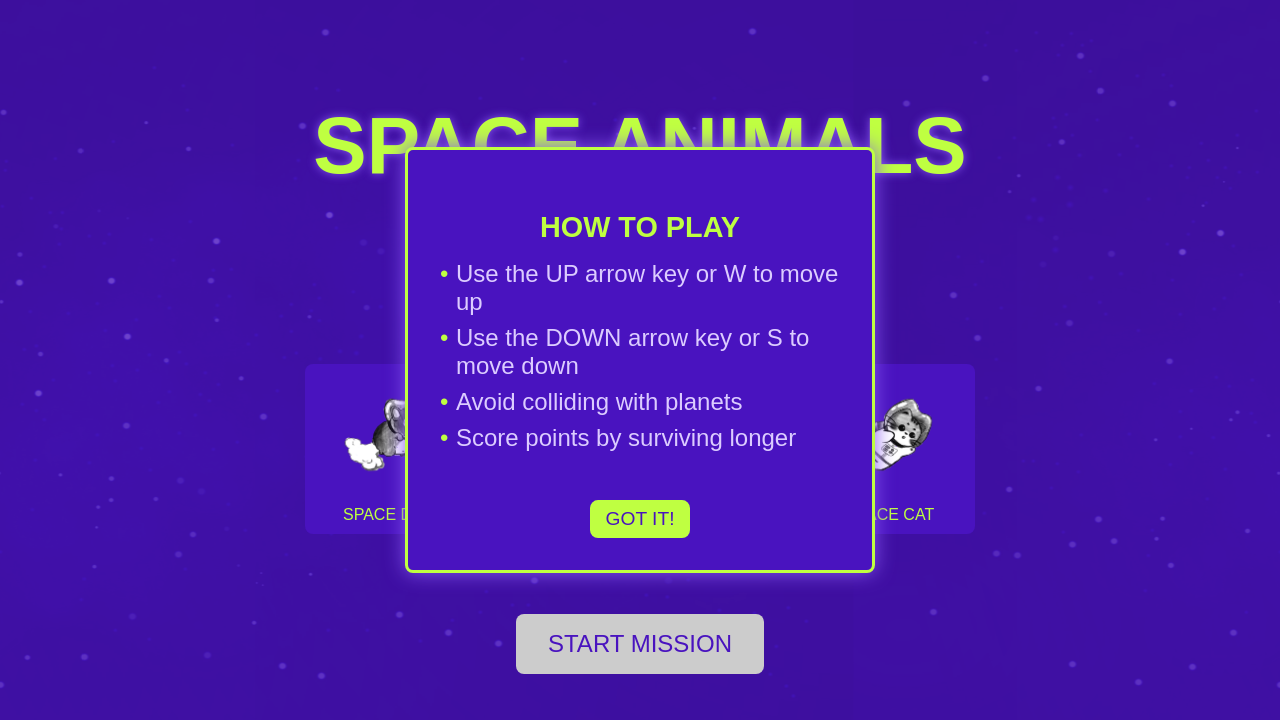
Repository: brunaguarizo/SpaceFarm
Page: index.html
The author's editor kept a copy of each file at every save. The page is drawn from the files as they stood at one save, then again after the next save.
The browser window is 1280 px wide. The pictures show the whole page.
Some web fonts or font styles are not loaded; a fallback is used.

Above is the page before, as saved 2025-04-27 16:22:27.

After the next save:
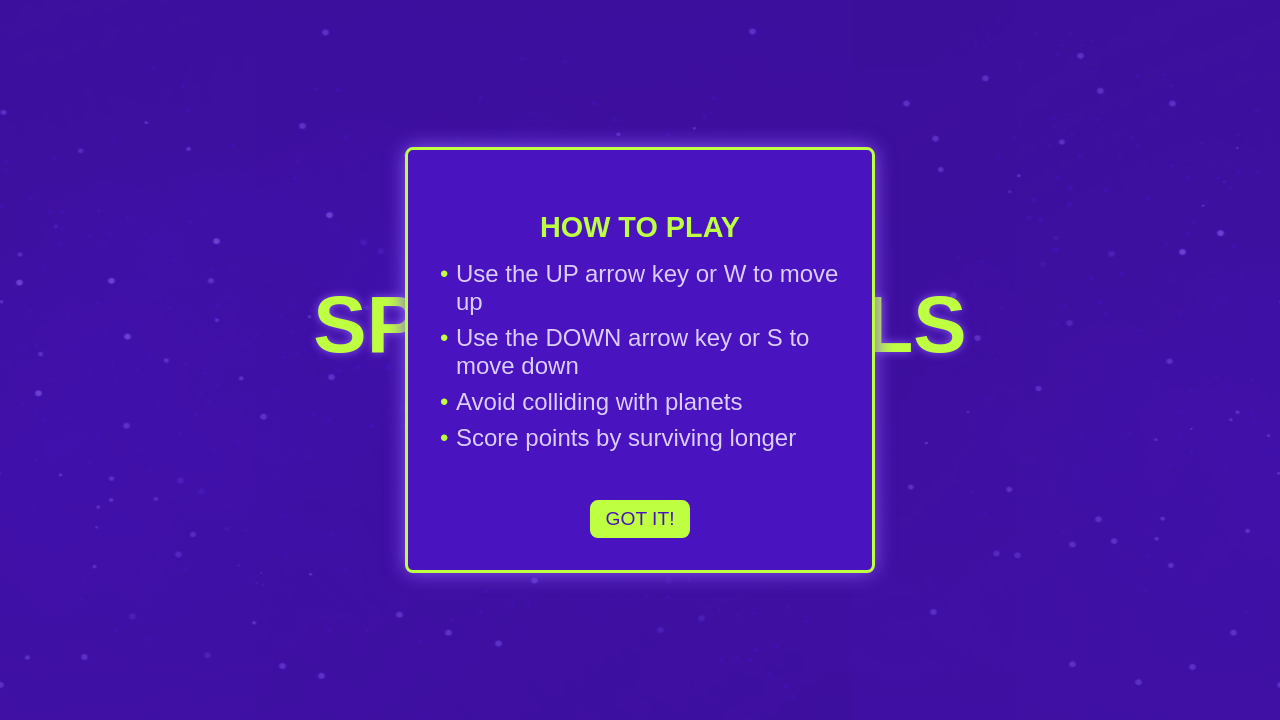
Saved 2 min 18 s later.
--- a/script.js
+++ b/script.js
@@ -71,13 +71,17 @@ function init() {
         console.log("Start button clicked, starting game...");
         startGame();
     });
-    //Instructions Button listener
+    //Instructions Button listener and displays
     closeInstructionsBtn.addEventListener("click", () => {
         instructionsContainer.style.display = "none";
         // If you want to show the character selection options after closing instructions
         document.querySelector(".character-options").style.display = "flex";
         confirmBtn.style.display = "block";
     });
+    // Initially show instructions and hide character selection
+    document.querySelector(".character-options").style.display = "none";
+    confirmBtn.style.display = "none";
+    instructionsContainer.style.display = "block";
 
     // Pause button event listener
     pauseBtn.addEventListener("click", togglePause);
